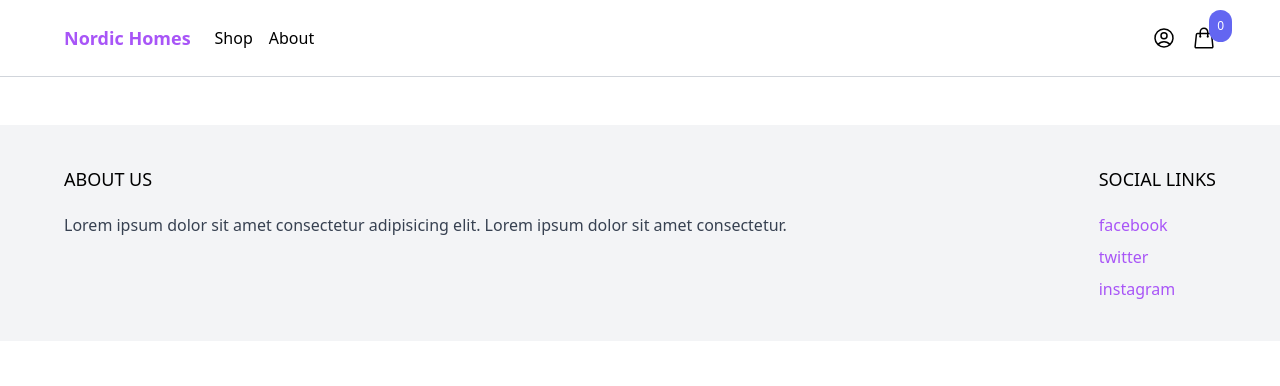
Repository: Calin224/NordicHomes
Page: core/templates/core/signup.html
These files come from the project's save history. The page is drawn as it stood at one moment and after the next save; the edit follows.
The browser window is 1280 px wide. The pictures show the whole page.
Some web libraries are served in a nearby version. The template is drawn by Django 4.2. The application's start-up code is not run. Other server files are loaded and not shown. The template is opened directly, without the code that normally fills it, so the values that code supplies are empty.

Above is the page before, as saved 2023-02-15 21:36:54.

### core/templates/core/signup.html
{% extends 'core/base.html' %}

{% block content %}

<div class="max-2-lg mx-auto flex flex-wrap p-6">

</div>

{% endblock content %}

### core/templates/core/base.html
<!DOCTYPE html>
<html lang="en">

<head>
    <meta charset="UTF-8">
    <meta name="viewport" content="width=device-width, initial-scale=1.0">
    <script src="https://cdn.tailwindcss.com"></script>
</head>

<body>
    <nav class="border-b border-gray-300">
        <div class="max-w-6xl mx-auto py-2 px-6 xl:px-0 flex items-center justify-between">
            <div class="menu-left flex items-center space-x-6">
                <a href="{% url 'frontpage' %}" class="py-4 text-lg text-purple-500 font-semibold">Nordic Homes</a>

                <ul class="flex items-center space-x-4">
                    <li><a href="{% url 'shop' %}">Shop</a></li>
                    <li><a href="#">About</a></li>
                </ul>
            </div>

            <div class="menu-right flex items-center space-x-4">
                <a href="#">
                    <svg xmlns="http://www.w3.org/2000/svg" fill="none" viewBox="0 0 24 24" stroke-width="1.5"
                        stroke="currentColor" class="w-6 h-6">
                        <path stroke-linecap="round" stroke-linejoin="round"
                            d="M17.982 18.725A7.488 7.488 0 0012 15.75a7.488 7.488 0 00-5.982 2.975m11.963 0a9 9 0 10-11.963 0m11.963 0A8.966 8.966 0 0112 21a8.966 8.966 0 01-5.982-2.275M15 9.75a3 3 0 11-6 0 3 3 0 016 0z" />
                    </svg>

                </a>

                {% include 'cart/menu_cart.html' %}
            </div>
        </div>
    </nav>

    <main>
        {% block content %}{% endblock content %}
    </main>

    <footer class="bg-gray-100">
        <div class="max-w-6xl mx-auto py-10 px-6 xl:px-0 md:flex justify-between">
            <div class="footer-left mb-12 md:mb-0">
                <h2 class="mb-5 uppercase text-lg">about us</h2>
                <p class="text-gray-700">Lorem ipsum dolor sit amet consectetur adipisicing elit. Lorem ipsum dolor sit
                    amet consectetur.</p>
            </div>

            <div class="footer-right">
                <h2 class="mb-5 uppercase text-lg">social links</h2>
                <ul class="space-y-2">
                    <li><a href="#" class="text-purple-500 hover:text-purple-800">facebook</a></li>
                    <li><a href="#" class="text-purple-500 hover:text-purple-800">twitter</a></li>
                    <li><a href="#" class="text-purple-500 hover:text-purple-800">instagram</a></li>
                </ul>
            </div>
        </div>
    </footer>

    <script src="https://unpkg.com/htmx.org@1.8.5"></script>
</body>

</html>

### cart/templates/cart/menu_cart.html
<a href="#" id="menu-cart-button" class="relative">
    <svg xmlns="http://www.w3.org/2000/svg" fill="none" viewBox="0 0 24 24" stroke-width="1.5"
        stroke="currentColor" class="w-6 h-6">
        <path stroke-linecap="round" stroke-linejoin="round"
            d="M15.75 10.5V6a3.75 3.75 0 10-7.5 0v4.5m11.356-1.993l1.263 12c.07.665-.45 1.243-1.119 1.243H4.25a1.125 1.125 0 01-1.12-1.243l1.264-12A1.125 1.125 0 015.513 7.5h12.974c.576 0 1.059.435 1.119 1.007zM8.625 10.5a.375.375 0 11-.75 0 .375.375 0 01.75 0zm7.5 0a.375.375 0 11-.75 0 .375.375 0 01.75 0z" />
    </svg>
    <span class="p-2 absolute -top-4 -right-4 bg-indigo-500 text-white text-xs rounded-full">{{cart|length}}</span>
</a>

After the next save:
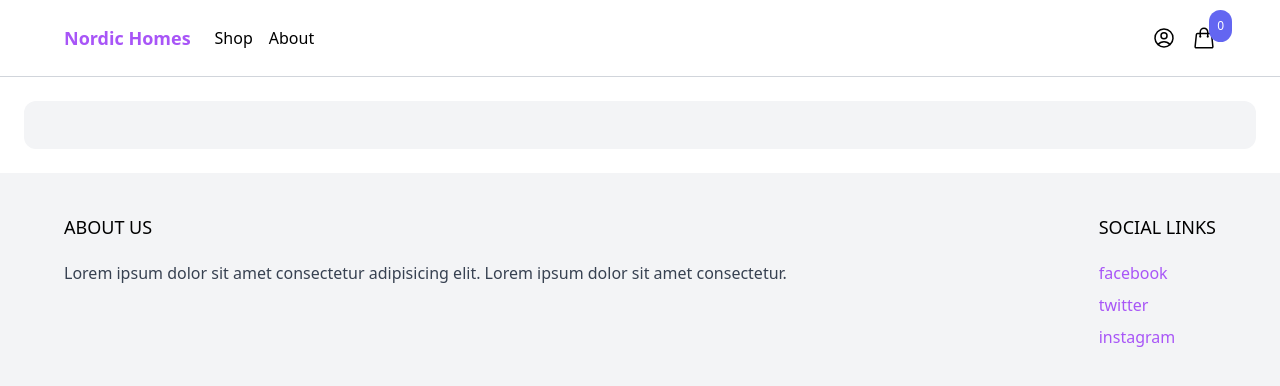
Saved 48 s later.
--- a/core/templates/core/signup.html
+++ b/core/templates/core/signup.html
@@ -3,7 +3,7 @@
 {% block content %}
 
 <div class="max-2-lg mx-auto flex flex-wrap p-6">
-
+    <div class="w-full bg-gray-100 p-6 rounded-xl"></div>
 </div>
 
 {% endblock content %}
